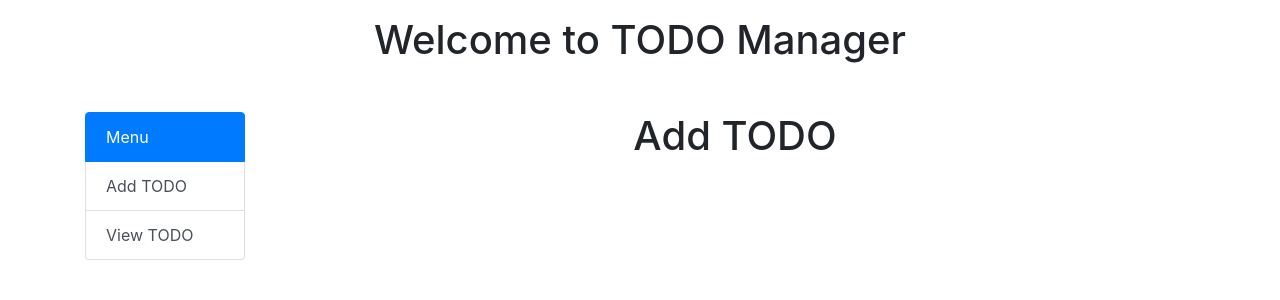
Repository: HarshViijay/spring-boot
Page: http://localhost/springmvcnew/add
An editor plug-in stored every save of this project. The page is shown before and after a run of saves, followed by the edit.
The browser window is 1280 px wide. The pictures show the whole page.
Some web libraries are served in a nearby version. The page is served by Tomcat 9.

Above is the page before, as saved 2023-03-11 18:56:41.

After the next 2 saves:
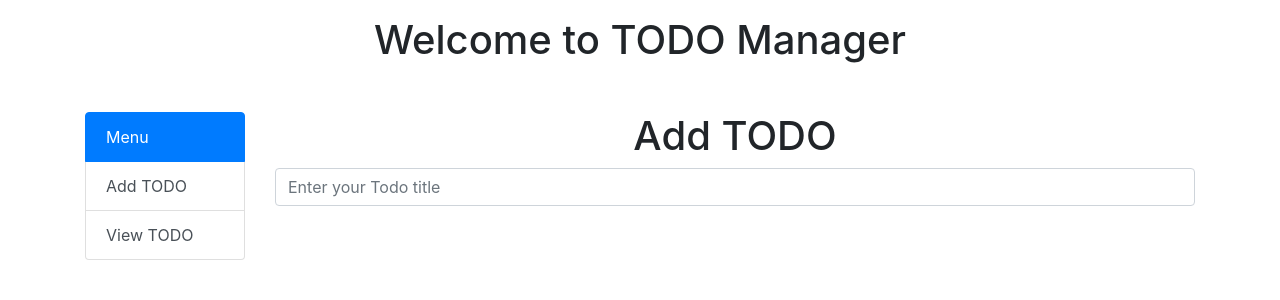
The 2 saves are shown as one change because 1 did not build or start.
The last was saved 2 min 39 s later.
--- a/springmvcnew/src/main/webapp/WEB-INF/pages/home.jsp
+++ b/springmvcnew/src/main/webapp/WEB-INF/pages/home.jsp
@@ -51,8 +51,10 @@
 				<c:if test="${page=='add'}">
 					<h1 class="text-center">Add TODO</h1>
 
-					<form:form action="/saveTodo" method="post">
-
+					<form:form action="/saveTodo" method="post" modelAttribute="todo">
+						<div class="form-group">
+							<form:input path="todoTitle" cssClass="form-control" placeholder="Enter your Todo title"></form:input>
+						</div>
 					</form:form>
 
 
